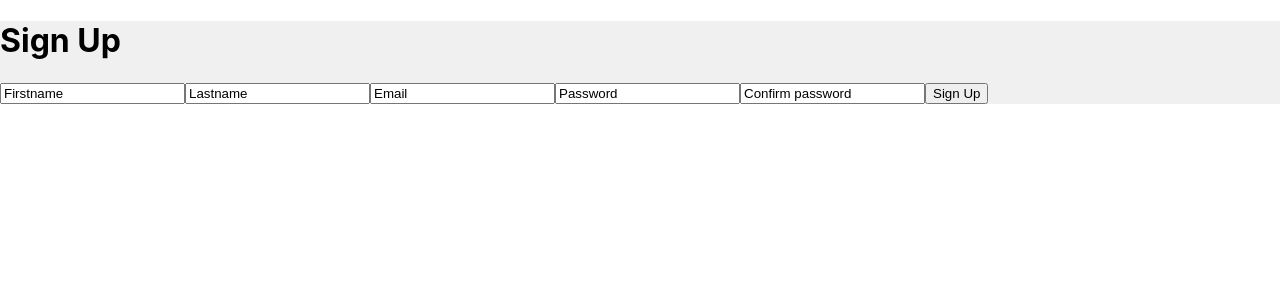
Repository: khamraeva/JSP-homework1-sighup
Page: /
The author's editor kept a copy of each file at every save. The page is drawn from the files as they stood at one save, then again after the next save.
The browser window is 1280 px wide. The pictures show the whole page.
The project was rebuilt for these pictures with package versions that can differ from the ones it lists, and the page was loaded fresh each time.

Above is the page before, as saved 2020-07-22 16:32:52.

After the next save:
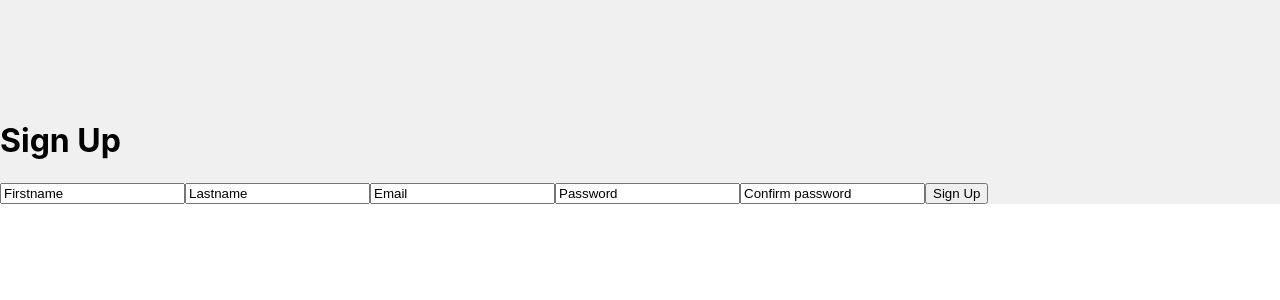
Saved 55 s later.
--- a/src/Components/SignUp/SignUp.css
+++ b/src/Components/SignUp/SignUp.css
@@ -1,5 +1,10 @@
 .signup-container {
-
+    display: flex;
+    justify-content: center;
+    flex-direction: column;
+    padding-top: 100px;
+    flex-grow: 1;
+    width: 100%;
     background: rgb(239, 240, 239);
 }
 
